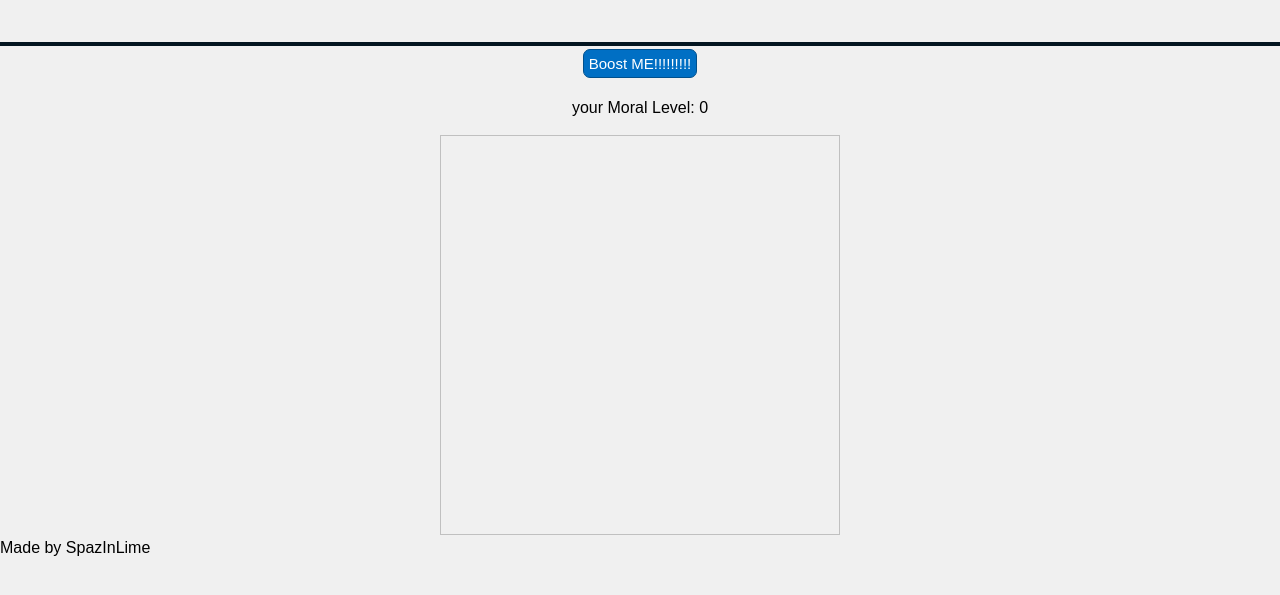
Repository: cxleb/cxleb.github.io
Page: jsapps/mrlbstr/index.html
The author's editor kept a record of every edit. The page is drawn from the files as they stood at one moment, then again after the next edit.
The browser window is 1280 px wide. The pictures show the whole page.

Above is the page before.

### jsapps/mrlbstr/index.html
<!DOCTYPE html>
<html>
	<head>
		<title>Moral Bster</title>
		<link rel="stylesheet" href="style.css" type="text/css" />
		<script type="text/javascript" src="paste.js"></script>
	</head>

	<body>
		<header>
        	<div class="header_div">
            	<h1>Moral Bster</h1>
            </div>
    	</header>


		<center>
			<button onclick="jsCall()" id="btn_Main">Boost ME!!!!!!!!!</button>
			<br/>
			<br/>
			<p id="Moral_level">your Moral Level: 0</p>
			<br/>
			<img style="border-size: 0px;" id="imgBox" width="400" height="400"/>
		</center>
	</body>
	<footer>
		<p>Made by SpazInLime</p>
	</footer>
</html>

### jsapps/mrlbstr/style.css
*{
    background-color: #F0F0F0;
    margin: 0px;
    padding: 0px;
    font-family: Arial, Helvetica, Sans-Serif;
}
button[id="btn_Main"]{
    background-color: #006fc4;
    border: 1px solid #00508d;
    font-size: 15px;
    color: white;
    padding: 5px;
    margin-bottom: 3px;
    margin-top: 3px;
    border-radius: 7px;
}
.header_div{
    padding-left: 0px;
    padding-right: 0px;
    border-bottom: 0px;
    width: 100%;
    height: 46px;
    background-color: #031520;
}
h1{
    font-size: 36px;
    padding-left: 34px;
    color: #F0F0F0;
}

### jsapps/mrlbstr/paste.js
var Moral = 0;
var infinite = false;
const links =["http://i.imgur.com/UUDMs3Z.gif",
	"http://www.gifwave.com/media/21631_eye-roll.gif",
	"http://i.kinja-img.com/gawker-media/image/upload/s--B1fba4Fs--/c_fit,fl_progressive,q_80,w_636/17k6loie478ejgif.gif",
	"http://cdn.funnyhub.com/2015/feb/bas/Funny-Pictures/funny-middle-finger-old-lady.gif",
	"http://www.funnfun.in/wp-content/uploads/2013/11/ugly-man-funny-gif.gif",
	"http://cdn.funnyhub.com/2015/feb/bas/Funny-Pictures/funny-licking.gif",
	"https://omitlimitation.files.wordpress.com/2014/06/funny-gifs-the-perfect-loop.gif",
	"http://31.media.tumblr.com/5954007035c15f66c6b23f8700357436/tumblr_mmnizoNfFS1spbth3o1_400.gif",
	"http://www.sharegif.com/wp-content/uploads/2014/04/idgaffunny-gifreaction-gifbarack-obama.gif",
	"https://33.media.tumblr.com/cf60fcfee68ced54ec45eef5983ef056/tumblr_ncio86iqb71th9iiyo1_500.gif"];


function jsCall(){
	var num = getRandomInt(0, links.length);
	console.log(num);
	document.getElementById("imgBox").src=links[num];
	document.getElementById("Moral_level").innerHTML="your Moral Level: "+Moral;
}

function dispMoral(){
	Moral += 1;
	document.getElementById("Moral_level").innerHTML="your Moral Level: "+Moral;
	while(infinite){
		Moral += 1;
		document.getElementById("Moral_level").innerHTML="your Moral Level: "+Moral
	}
}

function wait(ms){
	var t = 0;
	while(t < ms*100){
		t += 1;
	}
}


function getRandomInt(min, max) {
    return Math.floor(Math.random() * (max - min + 1)) + min;
}

After the next edit:
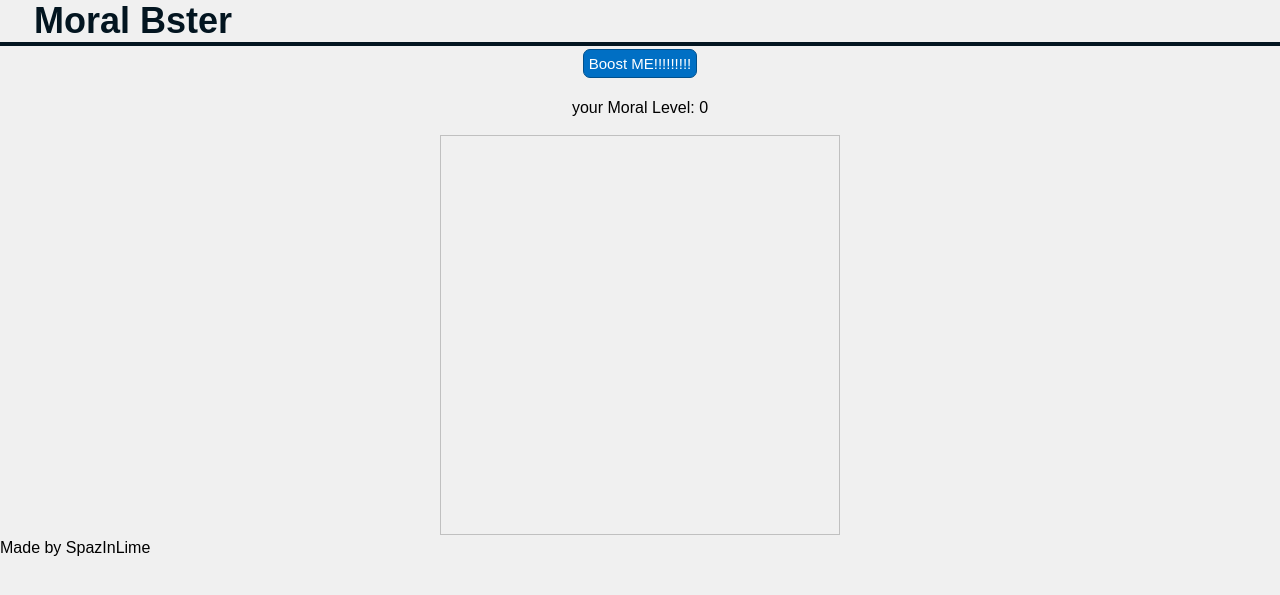
The edit:
--- a/jsapps/mrlbstr/style.css
+++ b/jsapps/mrlbstr/style.css
@@ -25,5 +25,5 @@
 h1{
     font-size: 36px;
     padding-left: 34px;
-    color: #F0F0F0;
+    color: #031520;
 }
